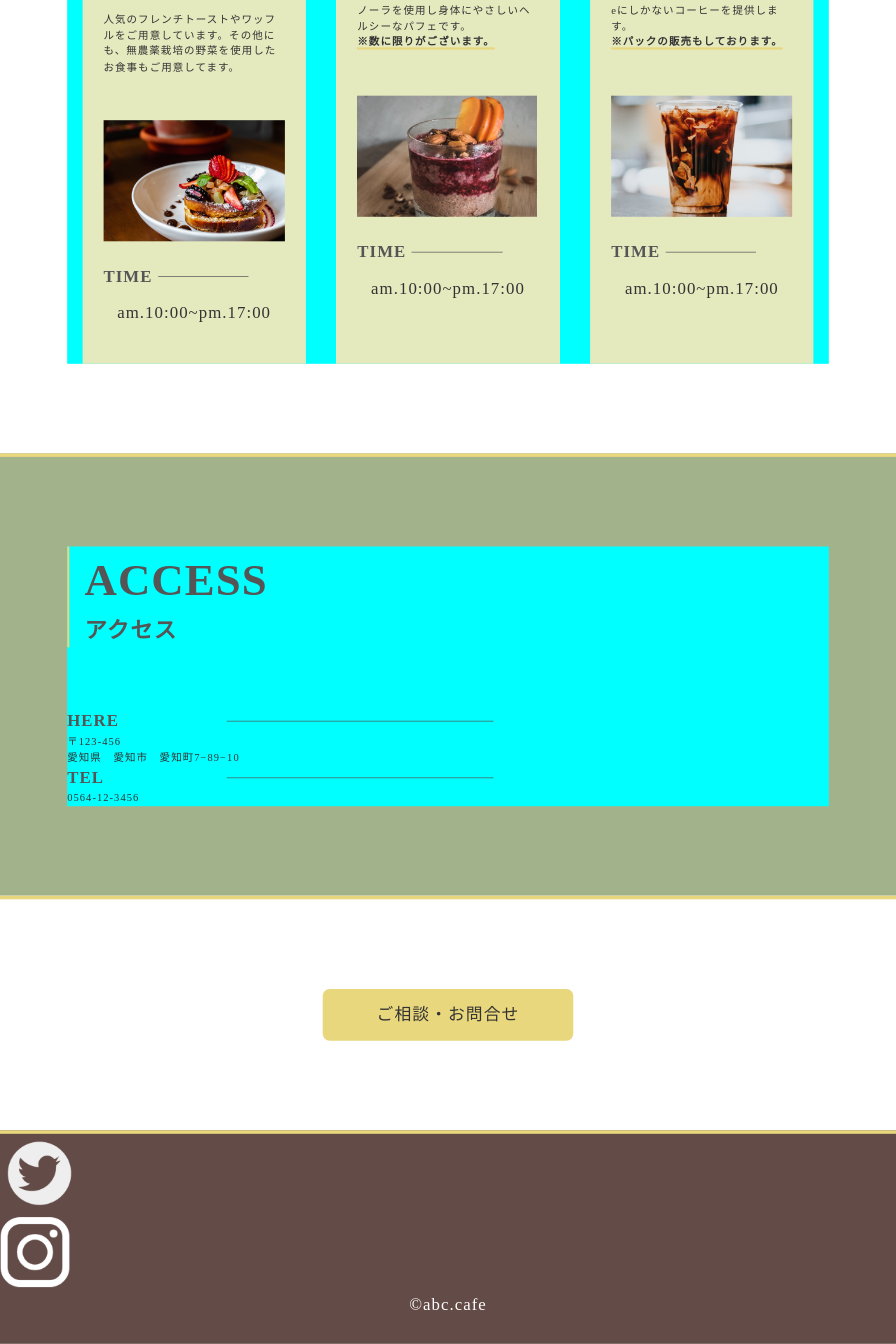
Repository: nozomi-23/lp1_test
Page: index.html
The author's editor kept a copy of each file at every save. The page is drawn from the files as they stood at one save, then again after a run of saves.
The browser window is 1280 px wide. The pictures show the part of the page from y = 3574 to 5494 px (the page is 5494 px tall), at 70% of full size.

Above is the page before, as saved 2022-06-08 23:05:17.

### index.html
<!DOCTYPE html>
<html lang="ja">
<head>
  <meta charset="UTF-8">
  <title>abc.cafe</title>
  <meta name="description" content="旬の果物とオーガニックなカフェ">
  <meta name="keywords" content="cafe,カフェ,フルーツ,お洒落">
  <meta name="viewport" content="width=device-width, initial-scale=1.0">
  <meta property="og:title" content="フルーツカフェ「abc.cafe」">
  <meta property="og:type" content="article">
  <meta property="og:url" content="https://withcode-plus.tech">
  <meta property="og:image" content="img/logo.png">
  <meta property="og:description" content="旬の果物とカラダに優しい食事を。">
  <meta property="og:site_name" content="お洒落なフルーツカフェ">
  <link rel="icon" href="img/favicon1.ico">
  <link rel="apple-touch-icon" sizes="180x180" href="img/logo.png">
  <link rel="preconnect" href="https://fonts.googleapis.com">
  <link rel="preconnect" href="https://fonts.gstatic.com" crossorigin>
  <link href="https://fonts.googleapis.com/css2?family=Noto+Serif+JP:wght@400;500;600;700;900&display=swap"
    rel="stylesheet">
  <link rel="stylesheet" href="css/reset.css">
  <link rel="stylesheet" href="css/common.css">
</head>
<body>
  <!-- ============= header -->
  <header>
    <div class="header_wrapper">
      <div class="inner">
        <nav class="header_nav">
          <ul>
            <li><a href="#news">NEWS<span>ニュース</span></a></li>
            <li><a href="#about">ABOUT<span>abc.cafeとは</span></a></li>
            <li><a href="#menu">MENU<span>メニュー</span></a></li>
            <li><a href="#access">ACCESS<span>アクセス</span></a></li>
            <li><a href="#contact">CONTACT<span>お問合せ</span></a></li>
          </ul>
        </nav>
      </div>
    </div>
  </header>
  <!-- ===================-main -->
  <div class="top_wrapper">
    <div class="top_inner">
      <h1>abc.cafe</h1>
    </div>
  </div>
  <!-- ===================-news -->
  <section id="news">
    <div class="news_wrapper">
      <div class="inner">
        <h2 class="title">NEWS<span>最新情報</span></h2>
        <div class="news_txt">
          <table>
            <tr>
              <th>2022.6</th>
              <td>今月の営業時間　更新しました</td>
            </tr>
            <tr>
              <th>2022.5</th>
              <td>期間限定　季節のフルーツパフェはじめました</td>
            </tr>
            <tr>
              <th>2022.3</th>
              <td>新メニュー追加しました</td>
            </tr>
          </table>
        </div>
      </div>
    </div>
  </section>
  <!-- ===================-about -->
  <section class="about_img_1 section" id="about">
    <div class="inner">
      <div class="about_descript">
        <h2 class="title">ABOUT<span>abc.cafeについて</span></h2>
        <div class="txt">
          <h3>abc.cafeのこだわり</h3>
          <p><strong>カラダは食べるものでできている</strong><br>
            いつまでも元気な身体でいるためにはどんな食生活をするかが大切です。皆さん果物を積極的に食べていますか？abc.cafeは愛知県内の農家から届く<strong>季節のフルーツ</strong>をふんだんに使用したメニューを提供しています。</p>
        </div>
    </div>
    </div>
    </section>
  <section class="about_img_2 section"   id="about">
    <div class="inner">
      <div class="about_descript about_descript_right">
        <h2 class="title">MORE..<span>さらに</span></h2>
        <div class="txt">
          <h3>coffeeにもこだわり</h3>
          <p>abc.cafeではオーナー自らが仕入れたこだわりのコーヒー豆を直焙煎し提供しています。
          果物に合う「<strong>後味のキレイなコーヒー</strong>」を追求し、最後の一滴まで満足のいく一杯に仕上げました。お洒落なラテアートで視覚的にも楽しんでください。。
          </p>
        </div>
    </div>
    </div>
  </div>
  </section>

  <!-- ===================-menu -->
  <section class="menu_wrapper section_bg_white" id="menu">
    <div class="inner">
      <h2 class="title">MENU<span>メニュー</span></h2>
      <div class="fram_wrapper">
        <div class="fram">
          <div class="fram_txt">
            <span>food</span>
            <h4>フレンチトースト</h4>
            <p>人気のフレンチトーストやワッフルをご用意しています。その他にも、無農薬栽培の野菜を使用したお食事もご用意してます。</p>
          </div>
          <img class="photo" src="img/menu_1.png" alt="フレンチトースト">
          <div>
            <p class="sub_title">TIME</p>
          </div>
          <p class="time">am.<span>10:00</span>~pm.<span>17:00</span></p>
        </div>
        <div class="fram">
          <div class="fram_txt">
            <span>dessert</span>
            <h4>季節のパフェ</h4>
            <p>今が旬の果物をふんだんに使用したパフェです。ヨーグルトやグラノーラを使用し身体にやさしいヘルシーなパフェです。<br>
            <strong>※数に限りがございます。</strong></p>
          </div>
          <img class="photo" src="img/menu_2.png" alt="パフェ">
          <div>
            <p class="sub_title">TIME</p>
          </div>
          <p class="time">am.<span>10:00</span>~pm.<span>17:00</span></p>
        </div>
        <div class="fram">
          <div class="fram_txt">
            <span>coffee</span>
            <h4>テイクアウト</h4>
            <p>ちょっと一息つきたい時に。こだわり抜いた豆と焙煎方法でabc.cafeにしかないコーヒーを提供します。<br>
            <strong>※パックの販売もしております。</strong>
            </p>
          </div>
          <p class="fram_txt"></p>
          <img class="photo" src="img/menu_3.png" alt="テイクアウト">
          <p class="sub_title">TIME</p>
          <p class="time">am.<span>10:00</span>~pm.<span>17:00</span></p>
        </div>
      </div>
    </div>
  </section>
  <!-- ================access-->
  <section class="section" id="access">
    <div class="inner">
      <h2 class="title">ACCESS<span>アクセス</span></h2>
      <div class="access_ferm">
        <p class="sub_title">HERE</p>
        <p class="adress">〒123-456<br>
        愛知県　愛知市　愛知町7−89−10</p>
        <p class="sub_title">TEL</p>
        <p class="adress">0564-12-3456</p>
      </div>


    </div>

  </section>
  <!-- ================contact-->
  <section class="contact section_bg_white" id="contact">
    <div class="button">
      <a href="#">ご相談・お問合せ</a>
    </div>

  </section>
  <!-- ================footer-->
  <footer>
    <div class="footer_wrapper">
      <ul class="footer_sns">
        <li>
          <a href="#"><img src="img/footer_twitter.png" alt="twitter"></a>
        </li>
        <li>
          <a href="#"><img src="img/footer_insta.png" alt="instagram"></a>
        </li>
      </ul>
      <div class="copyriter">
      <p><small>&copy;abc.cafe</small></p>
      </div>

    </div>
  </footer>







</body>
</html>

### css/reset.css
@charset "UTF-8";

html,
body,
div,
span,
object,
iframe,
h1,
h2,
h3,
h4,
h5,
h6,
p,
blockquote,
pre,
abbr,
address,
cite,
code,
del,
dfn,
em,
img,
ins,
kbd,
q,
samp,
small,
strong,
sub,
sup,
var,
b,
i,
dl,
dt,
dd,
ol,
ul,
li,
fieldset,
form,
label,
legend,
table,
caption,
tbody,
tfoot,
thead,
tr,
th,
td,
article,
aside,
canvas,
details,
figcaption,
figure,
footer,
header,
hgroup,
menu,
nav,
section,
summary,
time,
mark,
audio,
video {
  margin: 0;
  padding: 0;
  border: 0;
  outline: 0;
  font-size: 100%;
  vertical-align: baseline;
  background: transparent;
}

body {
  line-height: 1;
}

article,
aside,
details,
figcaption,
figure,
footer,
header,
hgroup,
menu,
nav,
section {
  display: block;
}

nav ul {
  list-style: none;
}

blockquote,
q {
  quotes: none;
}

blockquote:before,
blockquote:after,
q:before,
q:after {
  content: '';
  content: none;
}

a {
  margin: 0;
  padding: 0;
  font-size: 100%;
  vertical-align: baseline;
  background: transparent;
}

/* change colours to suit your needs */
ins {
  background-color: #ff9;
  color: #000;
  text-decoration: none;
}

/* change colours to suit your needs */
mark {
  background-color: #ff9;
  color: #000;
  font-style: italic;
  font-weight: bold;
}

del {
  text-decoration: line-through;
}

abbr[title],
dfn[title] {
  border-bottom: 1px dotted;
  cursor: help;
}

table {
  border-collapse: collapse;
  border-spacing: 0;
}

/* change border colour to suit your needs */
hr {
  display: block;
  height: 1px;
  border: 0;
  border-top: 1px solid #cccccc;
  margin: 1em 0;
  padding: 0;
}

input,
select {
  vertical-align: middle;
}

### css/common.css
@charset "UTF-8";

body {
  font-size: 15px;
  color: #333;
  font-family: 'Noto Serif JP', serif;
  word-break: break-all;
  letter-spacing: 0.1em;
  line-height: 1.5;
}
a {
  text-decoration: none;
  color: #333;
}
li {
  list-style: none;
}
.inner {
  width: 85%;
  margin: 0 auto;
  background-color: aqua;
}
/* =====================
共通パーツ
=========================*/
.title {
  font-weight: bold;
  font-size: 4rem;
  color: #555;
  border-left: solid 3px #E9D77D;
  padding-left: 2%;
  margin-bottom: 8%;
}
.title span {
  display: block;
  font-size: 2rem;
}
.section {
  border-top: solid 5px #E9D77D;
  background-color: #A2B38B;
  padding: 10% 0;
}
.section_bg_white {
  background-color: #fff;
  border-top: solid 5px #E9D77D;
  padding: 10% 0;
}


/* =====================
header
=========================*/
.header_wrapper {
  width: 100%;
  background-color: #634B47;
}
.header_nav ul {
  width: 100%;
  display: table;
}
.header_nav ul li {
  display: table-cell;
  text-align: center;
}
.header_nav ul li a {
  display: inline-block;
  color: #fff;
  padding: 8% 0;
}
.header_nav ul li a:hover {
  opacity: 0.5;
}
.header_nav ul li a span {
  display: block;
  margin-top: 10%;
}
/* =====================
main
=========================*/
.top_wrapper {
  width: 100%;
  height: 85vh;
  overflow: hidden;
  background: url(../img/main.png) no-repeat center;
  background-size: cover;
}
.top_wrapper::after {
  content: "";
  position: relative;
  width: 100%;
}
.top_inner {
  position: absolute;
  top: 20%;
  left: 37%;
  z-index: 1;
}
.top_inner h1{
  font-family: 'Lobster', cursive;
  font-size: 15rem;
  color: #fff;
  opacity: 65%;
}
/* =====================
news
=========================*/
.news_wrapper {
  padding: 10% 0;
}
.news_txt table{
  margin: 0 auto;
  background-color: #E9D77D;
  font-size: 1.5rem;
}
.news_txt tr {
  border-top: solid 1px;
}
.news_txt th {
  padding: 20px 100px 20px 0;
  font-weight: normal;
}
.news_txt td {
  padding: 20px 100px 20px 0;
}
/* =====================
about
=========================*/

.txt h3 {
  font-size: 2.4rem;
  margin-bottom: 1em;
  font-weight: normal;
}
.txt p {
  font-size: 1.5rem;
}
.txt strong {
  border-bottom: solid 5px #E9D77D;
}
.about_img_1 {
  position: relative;
}
.about_img_1::after {
  position: absolute;
  content: "";
  background: url(../img/about_1.png) no-repeat center;
  background-size: cover;
  width: 50%;
  height: 100%;
  top: 0;
  left: 50%;
}
.about_img_2 {
  position: relative;
}
.about_img_2::after {
  position: absolute;
  content: "";
  background: url(../img/about_2.png) no-repeat center;
  background-size: cover;
  width: 50%;
  height: 100%;
  top: 0;

}
.about_descript {
  width: 42%;
}
.about_descript_right {
  position: relative;
  left: 58%;
}
/* =====================
menu
=========================*/
.fram_wrapper {
  display: flex;
  justify-content: space-between;
  width: 100%;

}
.fram {
  width: 33.3333%;
  background-color: #E4E9BE;
  margin: 0 2%;
  padding: 55px 30px;
}
.photo{
  width: 100%;
  height: auto;
  margin-top: 25%;
  margin-bottom: 10%;
}
.fram_txt span {
  font-size: 1.5rem;
}
.fram_txt h4 {
  font-size: 2.4rem;
  font-weight: normal;
  margin-bottom: 5%;
}
.fram_txt p strong {
  border-bottom: solid 3px #E9D77D;
}
.sub_title {
  font-size: 1.5rem;
  font-weight: bold;
  color: #555;
  position: relative;
}
.sub_title::after {
  content: "";
  position: absolute;
  width: 50%;
  height: 1px;
  background-color: #555;
  top: 50%;
  left: 30%;
}
.sub_title p {
  position: relative;
  padding-right: 40%;
}
.time {
  text-align: center;
  font-size: 1.5rem;
  padding-top: 1rem;
}
/* =====================
access
=========================*/
.access_ferm {
  width: 70%;
}

/* =====================
contact
=========================*/
.button {
  margin: 0 auto;
  text-align: center;
  background-color: #E9D77D;
  width: 25%;
  padding: 1.5%;
  border-radius: 10px;
}
.button:hover {
  cursor: pointer;
  opacity: 0.5;
}
.button a {
  font-size: 1.5rem;
}
/* =====================
footer
=========================*/
.footer_wrapper {
  border-top: solid 5px #E9D77D;
  background-color: #634B47;
}
.copyriter {
  color: #fff;
  text-align: center;
  padding-bottom: 3%;
  font-size: 1.5rem;
}

After the next 3 saves:
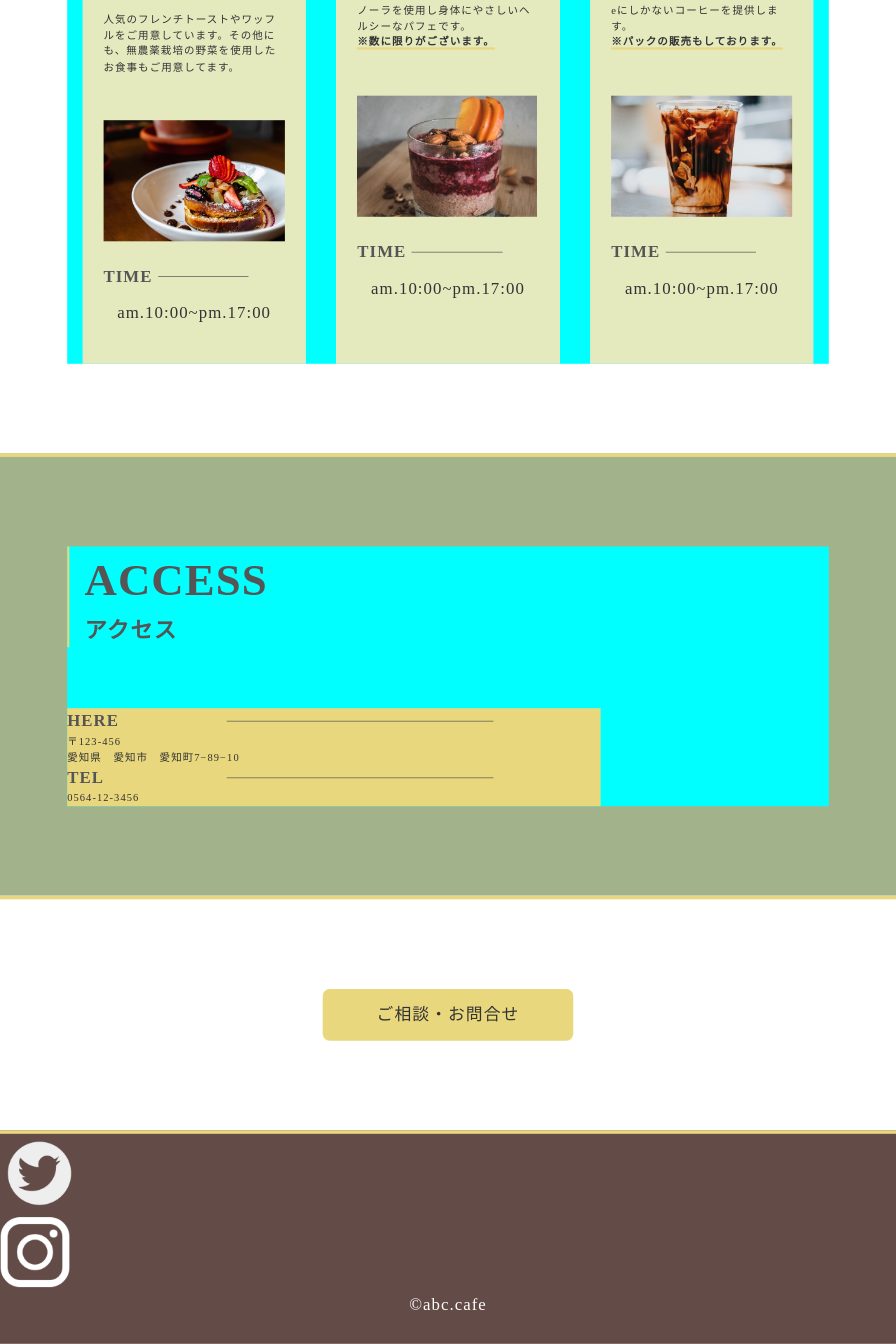
The 3 saves are shown as one change because they came seconds apart.
The last was saved 10 s later.
--- a/css/common.css
+++ b/css/common.css
@@ -231,6 +231,7 @@ access
 =========================*/
 .access_ferm {
   width: 70%;
+  background-color: #E9D77D;
 }
 
 /* =====================
